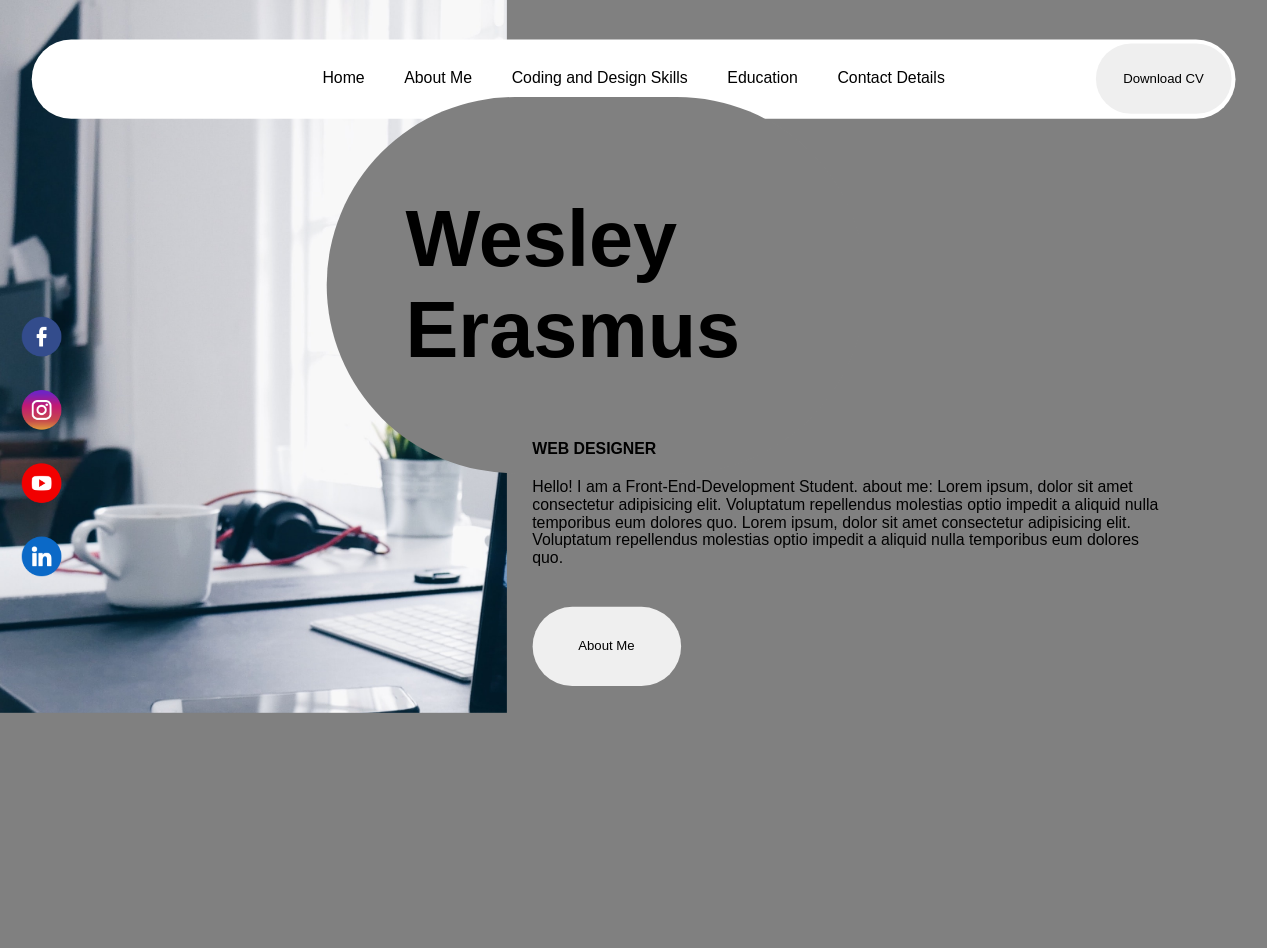
Repository: WesleyErasmus/MyDigitalResume-4
Page: index.html
These files come from the project's save history. The page is drawn as it stood at one moment and after the next save; the edit follows.
The browser window is 1280 px wide. The pictures show the whole page, at 99% of full size.

Above is the page before, as saved 2022-02-20 18:34:25.

After the next save:
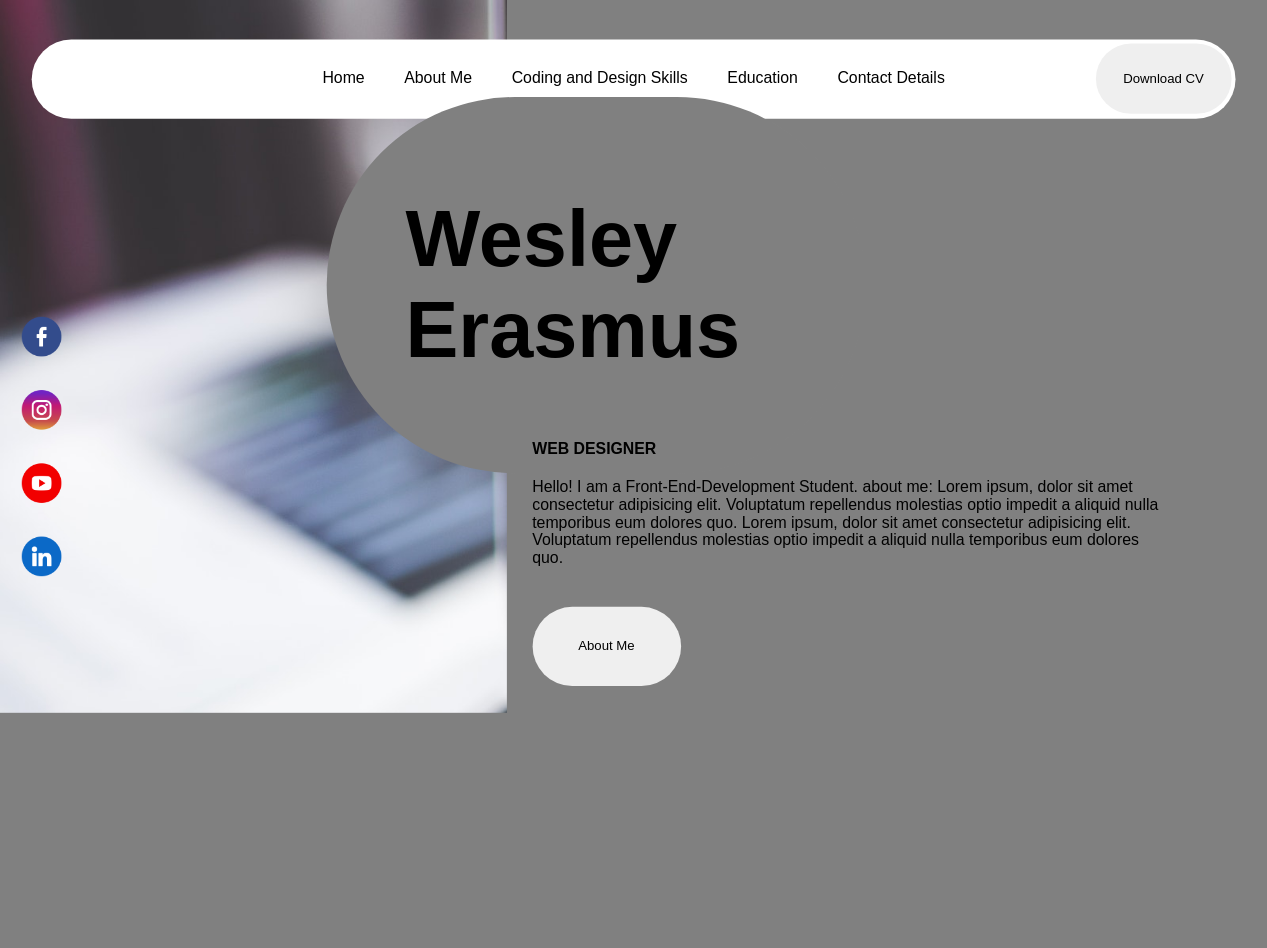
Saved 70 s later.
--- a/stylesheet.css
+++ b/stylesheet.css
@@ -49,7 +49,7 @@
     left: 0;
     height: 100%;
     width: 40%;
-    background-image: url(/backgroundImage/coding-2.jpg);
+    background-image: url(/backgroundImage/coding-3.jpg);
     background-repeat: no-repeat;
     background-size: 300%;
 }

After the save that followed:
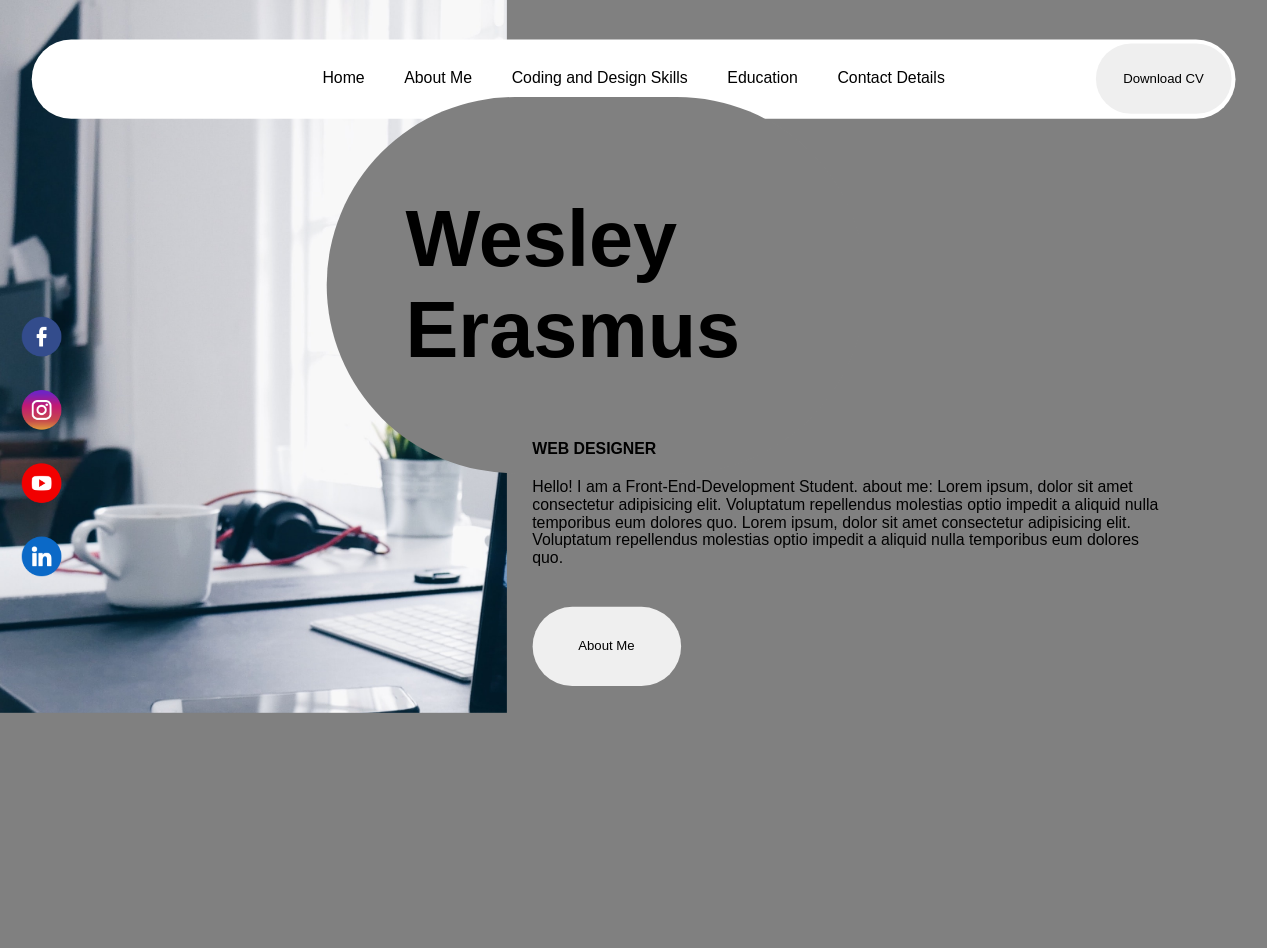
Saved 14 s later.
--- a/stylesheet.css
+++ b/stylesheet.css
@@ -49,7 +49,7 @@
     left: 0;
     height: 100%;
     width: 40%;
-    background-image: url(/backgroundImage/coding-3.jpg);
+    background-image: url(/backgroundImage/coding-2.jpg);
     background-repeat: no-repeat;
     background-size: 300%;
 }
